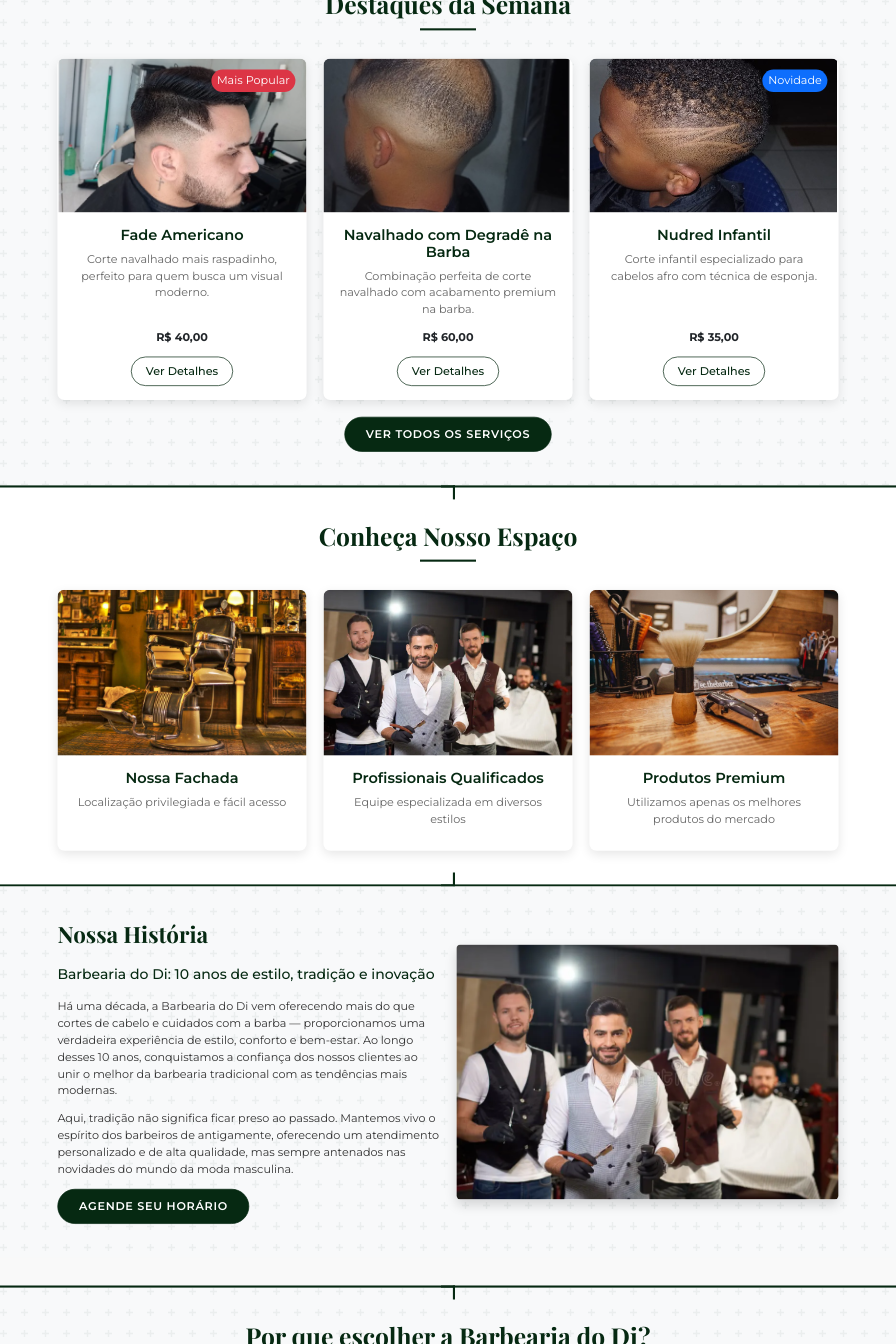
Repository: MichelAlmeida1990/Barbearia-do-Di
Page: index.html
An editor plug-in stored every save of this project. The page is shown before and after the next save, followed by the edit.
The browser window is 1280 px wide. The pictures show the part of the page from y = 729 to 2649 px (the page is 4575 px tall), at 70% of full size.

Above is the page before, as saved 2025-04-30 08:51:50.

### index.html
<!DOCTYPE html>
<html lang="pt-BR">

<head>
  <meta charset="UTF-8" />
  <meta name="viewport" content="width=device-width, initial-scale=1.0" />
  <title>Barbearia do DI - Cortes, Barba e Estilo</title>
  <meta name="description" content="Barbearia do DI - Cortes masculinos, barba e serviços de estética para homens. Agende seu horário online.">
  <meta name="keywords" content="barbearia, corte masculino, barba, cabelo, estilo masculino">
  <meta name="author" content="Barbearia do DI">

  <!-- Google Fonts -->
  <link rel="preconnect" href="https://fonts.googleapis.com">
  <link rel="preconnect" href="https://fonts.gstatic.com" crossorigin>
  <link href="https://fonts.googleapis.com/css2?family=Playfair+Display:wght@400;500;700&family=Montserrat:wght@300;400;500;600;700&display=swap" rel="stylesheet">

  <!-- Bootstrap e Font Awesome -->
  <link href="https://cdn.jsdelivr.net/npm/bootstrap@5.3.3/dist/css/bootstrap.min.css" rel="stylesheet"
    integrity="sha384-QWTKZyjpPEjISv5WaRU9OFeRpok6YctnYmDr5pNlyT2bRjXh0JMhjY6hW+ALEwIH" crossorigin="anonymous">
  <link rel="stylesheet" href="https://cdnjs.cloudflare.com/ajax/libs/font-awesome/6.5.1/css/all.min.css" />

  <link rel="stylesheet" href="home.css" />
</head>

<body>
  <!-- Navbar com padrão de listras -->
  <nav class="navbar navbar-expand-lg navbar-dark">
    <div class="container">
      <a class="navbar-brand" href="index.html">
        <img class="logo img-fluid me-2" src="images/logo.png" alt="Logo Barbearia do DI" width="50">
        <span class="fw-bold">Barbearia do DI</span>
      </a>
      <button class="navbar-toggler" type="button" data-bs-toggle="collapse" data-bs-target="#navbarNav"
        aria-controls="navbarNav" aria-expanded="false" aria-label="Toggle navigation">
        <span class="navbar-toggler-icon"></span>
      </button>
      <div class="collapse navbar-collapse" id="navbarNav">
        <ul class="navbar-nav ms-auto">
          <li class="nav-item">
            <a class="nav-link active" href="index.html" aria-current="page">Home</a>
          </li>
          <li class="nav-item">
            <a class="nav-link" href="especialidades.html">Especialidades</a>
          </li>
          <li class="nav-item">
            <a class="nav-link" href="agendamento.html">Agendamento</a>
          </li>
          <li class="nav-item">
            <a class="nav-link" href="contato.html">Contato</a>
          </li>
          <li class="nav-item">
            <a class="nav-link" href="atendimento-virtual.html">Atendimento Virtual</a>
          </li>
          <li class="nav-item">
            <a class="nav-link" href="login.html">Login / Cadastre-se</a>
          </li>
        </ul>
      </div>
    </div>
  </nav>

  <!-- Banner Promocional com transição suave -->
  <div class="promo-banner">
    <div class="container text-center">
      <h3>🎉 PROMOÇÃO DE MARÇO 🎉</h3>
      <p>Toda quarta-feira: 20% OFF em qualquer serviço!</p>
    </div>
  </div>

  <!-- Hero Section com imagem de fundo e padrão de listras -->
  <section class="hero-section text-white text-center">
    <div class="hero-bg">
      <div class="overlay"></div>
      <div class="container position-relative hero-content">
        <h1 class="display-4 fw-bold">Barbearia do DI</h1>
        <p class="lead mb-4">Tradição e estilo em cada corte</p>
        <div class="d-flex justify-content-center gap-3">
          <a href="agendamento.html" class="btn btn-primary btn-lg px-4">Agende seu Horário</a>
          <a href="especialidades.html" class="btn btn-outline-light btn-lg px-4">Nossos Serviços</a>
        </div>
      </div>
    </div>
  </section>

  <!-- Destaques (em vez de serviços completos) -->
  <section class="destaques py-5 pattern-bg">
    <div class="container">
      <h2 class="section-title">Destaques da Semana</h2>
      <div class="row g-4">
        <div class="col-md-4">
          <div class="card h-100">
            <div class="position-relative">
              <img src="images/fadeamericano.png" class="card-img-top" alt="Fade Americano">
              <span class="position-absolute top-0 end-0 bg-danger text-white m-3 px-2 py-1 rounded-pill">Mais Popular</span>
            </div>
            <div class="card-body text-center">
              <h5 class="card-title">Fade Americano</h5>
              <p class="card-text">Corte navalhado mais raspadinho, perfeito para quem busca um visual moderno.</p>
              <p class="fw-bold">R$ 40,00</p>
              <a href="especialidades.html#masculino" class="btn btn-outline-success">Ver Detalhes</a>
            </div>
          </div>
        </div>
        <div class="col-md-4">
          <div class="card h-100">
            <img src="images/Navalhado com degradê na barba.jpg" class="card-img-top" alt="Navalhado com Degradê na Barba">
            <div class="card-body text-center">
              <h5 class="card-title">Navalhado com Degradê na Barba</h5>
              <p class="card-text">Combinação perfeita de corte navalhado com acabamento premium na barba.</p>
              <p class="fw-bold">R$ 60,00</p>
              <a href="especialidades.html#masculino" class="btn btn-outline-success">Ver Detalhes</a>
            </div>
          </div>
        </div>
        <div class="col-md-4">
          <div class="card h-100">
            <div class="position-relative">
              <img src="images/nudred_infantil.jpg" class="card-img-top" alt="Nudred Infantil">
              <span class="position-absolute top-0 end-0 bg-primary text-white m-3 px-2 py-1 rounded-pill">Novidade</span>
            </div>
            <div class="card-body text-center">
              <h5 class="card-title">Nudred Infantil</h5>
              <p class="card-text">Corte infantil especializado para cabelos afro com técnica de esponja.</p>
              <p class="fw-bold">R$ 35,00</p>
              <a href="especialidades.html#infantil" class="btn btn-outline-success">Ver Detalhes</a>
            </div>
          </div>
        </div>
      </div>
      <div class="text-center mt-4">
        <a href="especialidades.html" class="btn btn-primary">Ver Todos os Serviços</a>
      </div>
    </div>
  </section>

  <!-- Galeria de Imagens -->
  <section class="galeria py-5 border-styled">
    <div class="container">
      <h2 class="section-title">Conheça Nosso Espaço</h2>
      <div class="row g-4">
        <div class="col-md-4">
          <div class="card h-100 overflow-hidden">
            <img src="images/barbearia.jpg" class="card-img-top img-fluid" alt="Fachada da Barbearia do DI">
            <div class="card-body text-center">
              <h5 class="card-title">Nossa Fachada</h5>
              <p class="card-text">Localização privilegiada e fácil acesso</p>
            </div>
          </div>
        </div>
        <div class="col-md-4">
          <div class="card h-100 overflow-hidden">
            <img src="images/equipe.png" class="card-img-top img-fluid" alt="Barbeiro cortando cabelo de cliente">
            <div class="card-body text-center">
              <h5 class="card-title">Profissionais Qualificados</h5>
              <p class="card-text">Equipe especializada em diversos estilos</p>
            </div>
          </div>
        </div>
        <div class="col-md-4">
          <div class="card h-100 overflow-hidden">
            <img src="images/barbearia3.jpg" class="card-img-top img-fluid" alt="Produtos de barbearia na prateleira">
            <div class="card-body text-center">
              <h5 class="card-title">Produtos Premium</h5>
              <p class="card-text">Utilizamos apenas os melhores produtos do mercado</p>
            </div>
          </div>
        </div>
      </div>
    </div>
  </section>

  <!-- Seção de História -->
  <section class="historia py-5 pattern-bg">
    <div class="container">
      <div class="row align-items-center">
        <div class="col-lg-6">
          <h2 class="mb-4">Nossa História</h2>
          <p class="lead">Barbearia do Di: 10 anos de estilo, tradição e inovação</p>
          <p>
            Há uma década, a Barbearia do Di vem oferecendo mais do que cortes de
            cabelo e cuidados com a barba — proporcionamos uma verdadeira
            experiência de estilo, conforto e bem-estar. Ao longo desses 10 anos,
            conquistamos a confiança dos nossos clientes ao unir o melhor da
            barbearia tradicional com as tendências mais modernas.
          </p>
          <p>
            Aqui, tradição não significa ficar preso ao passado. Mantemos vivo o espírito
            dos barbeiros de antigamente, oferecendo um atendimento personalizado e de alta qualidade,
            mas sempre antenados nas novidades do mundo da moda masculina.
          </p>
          <a href="agendamento.html" class="btn btn-primary">Agende seu Horário</a>
        </div>
        <div class="col-lg-6 mt-4 mt-lg-0">
          <img src="images/equipe.png" alt="Nossa equipe de barbeiros" class="img-fluid rounded shadow">
        </div>
      </div>
    </div>
  </section>

  <!-- Seção de Benefícios com padrão de fundo -->
  <section class="beneficios-section py-5 border-styled">
    <div class="container">
      <h2 class="section-title">Por que escolher a Barbearia do Di?</h2>

      <div class="row text-center mt-4">
        <div class="col-md-4 mb-4">
          <div class="p-4 bg-white rounded shadow h-100">
            <div class="mb-3">
              <i class="fas fa-cut fa-3x text-success"></i>
            </div>
            <h3 class="h5 mb-3">Profissionais Premium</h3>
            <p class="mb-0">Nossa equipe é formada por barbeiros altamente qualificados e com anos de experiência.</p>
          </div>
        </div>

        <div class="col-md-4 mb-4">
          <div class="p-4 bg-white rounded shadow h-100">
            <div class="mb-3">
              <i class="fas fa-certificate fa-3x text-success"></i>
            </div>
            <h3 class="h5 mb-3">Produtos de Qualidade</h3>
            <p class="mb-0">Utilizamos apenas produtos de alta qualidade para garantir o melhor resultado.</p>
          </div>
        </div>

        <div class="col-md-4 mb-4">
          <div class="p-4 bg-white rounded shadow h-100">
            <div class="mb-3">
              <i class="fas fa-clock fa-3x text-success"></i>
            </div>
            <h3 class="h5 mb-3">Experiência Completa</h3>
            <p class="mb-0">Oferecemos uma experiência completa de barbearia com conforto e excelência.</p>
          </div>
        </div>
      </div>
    </div>
  </section>

  <!-- Seção de Depoimentos Renovada (sem fotos de avatar) -->
  <section class="testimonials py-5 pattern-bg">
    <div class="container">
      <h2 class="section-title">O que nossos clientes dizem</h2>
      <div class="row">
        <div class="col-md-4 mb-4">
          <div class="testimonial-card">
            <p class="testimonial-content">"Atendimento excelente! Meu corte ficou perfeito e o ambiente é muito agradável. Recomendo a todos que buscam qualidade e profissionalismo."</p>
            <div class="text-warning mb-2">
              <i class="fas fa-star"></i>
              <i class="fas fa-star"></i>
              <i class="fas fa-star"></i>
              <i class="fas fa-star"></i>
              <i class="fas fa-star"></i>
            </div>
            <span class="testimonial-author">João Silva</span>
          </div>
        </div>
        <div class="col-md-4 mb-4">
          <div class="testimonial-card">
            <p class="testimonial-content">"Profissionais muito qualificados. Minha barba nunca esteve tão bem cuidada! O atendimento é pontual e o ambiente super agradável."</p>
            <div class="text-warning mb-2">
              <i class="fas fa-star"></i>
              <i class="fas fa-star"></i>
              <i class="fas fa-star"></i>
              <i class="fas fa-star"></i>
              <i class="fas fa-star-half-alt"></i>
            </div>
            <span class="testimonial-author">Carlos Mendes</span>
          </div>
        </div>
        <div class="col-md-4 mb-4">
          <div class="testimonial-card">
            <p class="testimonial-content">"Ambiente confortável e atendimento pontual. As técnicas utilizadas são modernas e o resultado sempre supera minhas expectativas!"</p>
            <div class="text-warning mb-2">
              <i class="fas fa-star"></i>
              <i class="fas fa-star"></i>
              <i class="fas fa-star"></i>
              <i class="fas fa-star"></i>
              <i class="fas fa-star"></i>
            </div>
            <span class="testimonial-author">Pedro Alves</span>
          </div>
        </div>
      </div>
    </div>
  </section>

  <!-- CTA Banner com padrão de listras -->
  <section class="cta-banner">
    <div class="container text-center">
      <h2 class="display-5 fw-bold">Pronto para renovar seu visual?</h2>
      <p class="lead mb-4">Agende seu horário agora e experimente o melhor em cuidados masculinos</p>
      <a href="agendamento.html" class="btn btn-promocao btn-lg px-4 mt-3">Agendar Horário</a>
    </div>
  </section>

  <!-- Seção de Atendimento Virtual -->
  <section class="py-5 bg-light">
    <div class="container">
      <div class="row justify-content-center">
        <div class="col-lg-8 text-center">
          <h2 class="mb-4">Atendimento Virtual</h2>
          <p class="lead mb-4">Tire suas dúvidas, agende horários e converse com nossos barbeiros sem sair de casa!</p>
          <a href="atendimento-virtual.html" class="btn btn-primary btn-lg">Iniciar Atendimento</a>
        </div>
      </div>
    </div>
  </section>

  <!-- Footer com padrão de listras -->
  <footer class="footer">
    <div class="container">
      <div class="row gy-4 py-5">
        <div class="col-md-4">
          <h5>Barbearia do Di</h5>
          <p>Especialistas em estilo masculino desde 2018.</p>
          <div class="social-links mt-3">
            <a href="#" class="text-white me-3"><i class="fab fa-facebook fa-lg"></i></a>
            <a href="#" class="text-white me-3"><i class="fab fa-instagram fa-lg"></i></a>
            <a href="#" class="text-white"><i class="fab fa-whatsapp fa-lg"></i></a>
          </div>
        </div>
        <div class="col-md-4">
          <h5>Horário de Funcionamento</h5>
          <ul class="list-unstyled">
            <li><span class="fw-bold">Segunda a Sexta:</span> 9h às 20h</li>
            <li><span class="fw-bold">Sábados:</span> 9h às 18h</li>
            <li><span class="fw-bold">Domingos:</span> 9h às 13h</li>
          </ul>
        </div>
        <div class="col-md-4">
          <h5>Contato</h5>
          <p>
            <i class="fas fa-map-marker-alt me-2"></i> Rua da Barbearia, 123<br>
            <i class="fas fa-phone me-2"></i> (11) 99999-9999<br>
            <i class="fas fa-envelope me-2"></i> contato@barbeariadodi.com.br
          </p>
        </div>
      </div>
      <hr class="my-4" style="border-color: rgba(255, 255, 255, 0.2);">
      <div class="text-center">
        <p class="mb-0">&copy; 2024 Barbearia do Di - Todos os direitos reservados</p>
      </div>
    </div>
  </footer>

  <!-- Botão flutuante de chat -->
  <div id="chat-float-button" class="chat-float-button" onclick="window.location.href='atendimento-virtual.html'">
    <i class="fas fa-comments"></i>
  </div>

  <!-- Scripts -->
  <script src="https://cdn.jsdelivr.net/npm/bootstrap@5.3.3/dist/js/bootstrap.bundle.min.js"
    integrity="sha384-YvpcrYf0tY3lHB60NNkmXc5s9fDVZLESaAA55NDzOxhy9GkcIdslK1eN7N6jIeHz"
    crossorigin="anonymous"></script>
</body>

</html>

Loaded but not shown: home.css (631 lines, source omitted)

After the next save:
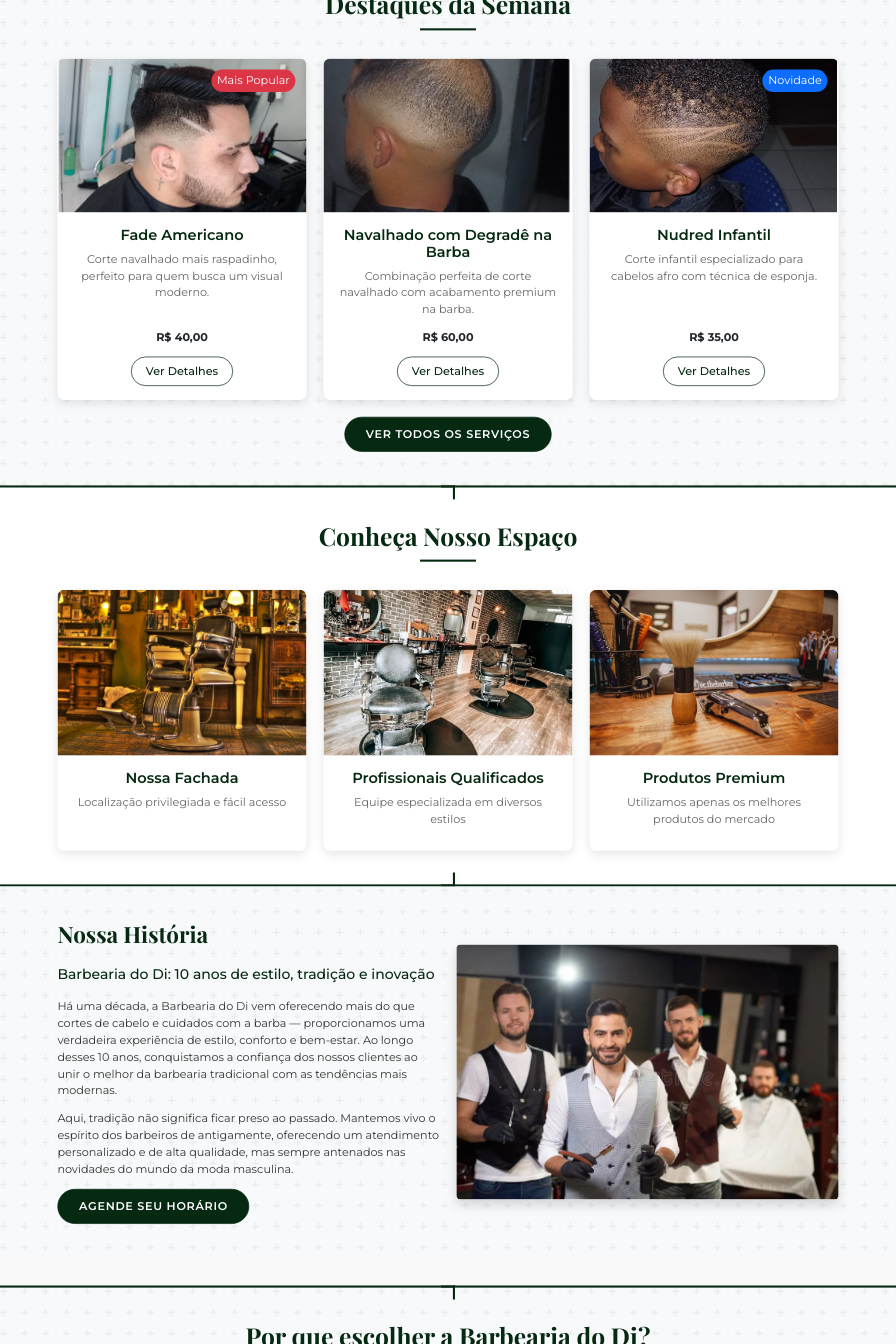
Saved 30 s later.
--- a/index.html
+++ b/index.html
@@ -149,7 +149,7 @@
         </div>
         <div class="col-md-4">
           <div class="card h-100 overflow-hidden">
-            <img src="images/equipe.png" class="card-img-top img-fluid" alt="Barbeiro cortando cabelo de cliente">
+            <img src="images/barbearia2.jpeg" class="card-img-top img-fluid" alt="Barbeiro cortando cabelo de cliente">
             <div class="card-body text-center">
               <h5 class="card-title">Profissionais Qualificados</h5>
               <p class="card-text">Equipe especializada em diversos estilos</p>

After the 2 saves that followed:
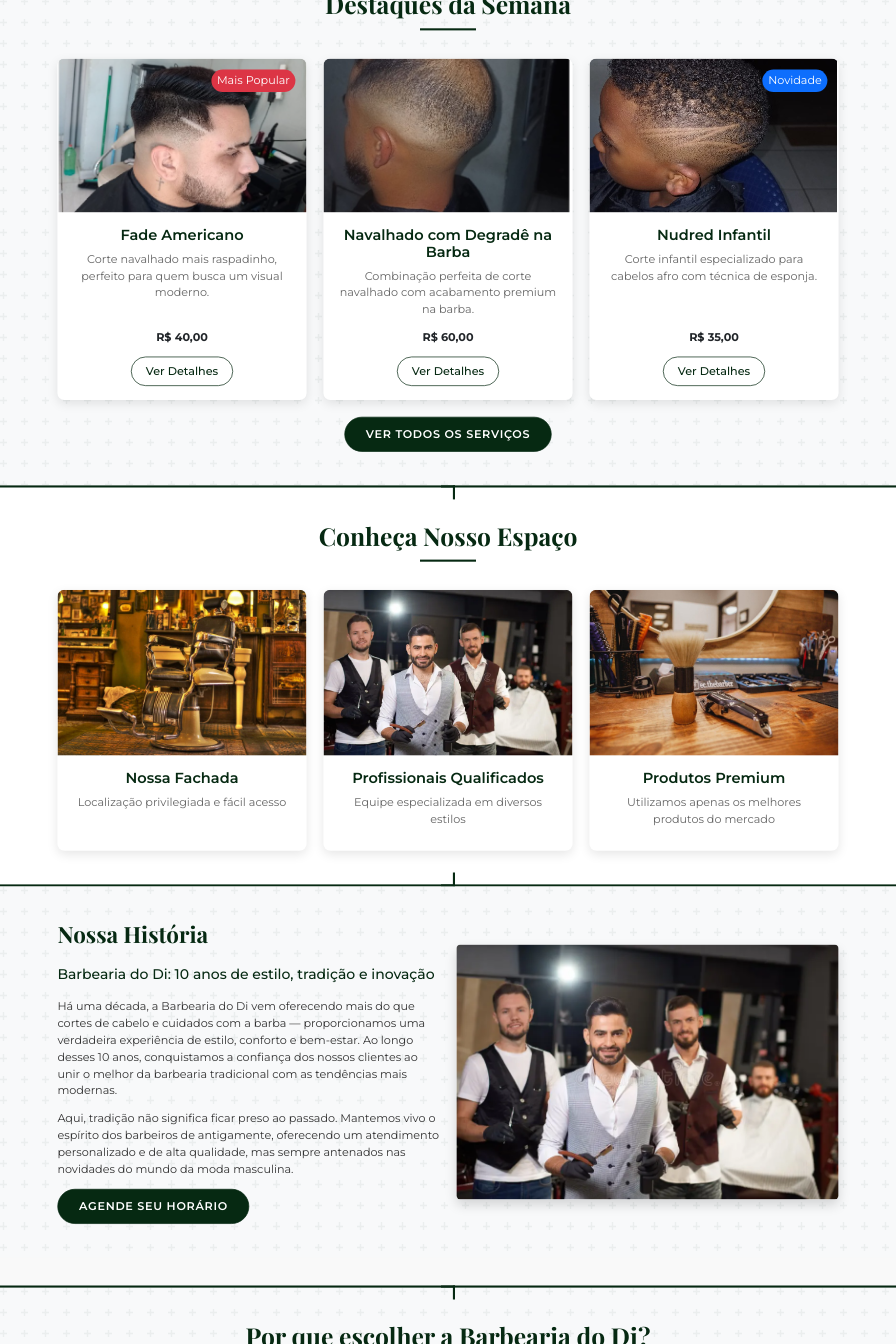
The 2 saves are shown as one change because they came seconds apart.
The last was saved 50 s later.
--- a/index.html
+++ b/index.html
@@ -149,7 +149,7 @@
         </div>
         <div class="col-md-4">
           <div class="card h-100 overflow-hidden">
-            <img src="images/barbearia2.jpeg" class="card-img-top img-fluid" alt="Barbeiro cortando cabelo de cliente">
+            <img src="images/equipe.png" class="card-img-top img-fluid" alt="Barbeiro cortando cabelo de cliente">
             <div class="card-body text-center">
               <h5 class="card-title">Profissionais Qualificados</h5>
               <p class="card-text">Equipe especializada em diversos estilos</p>
